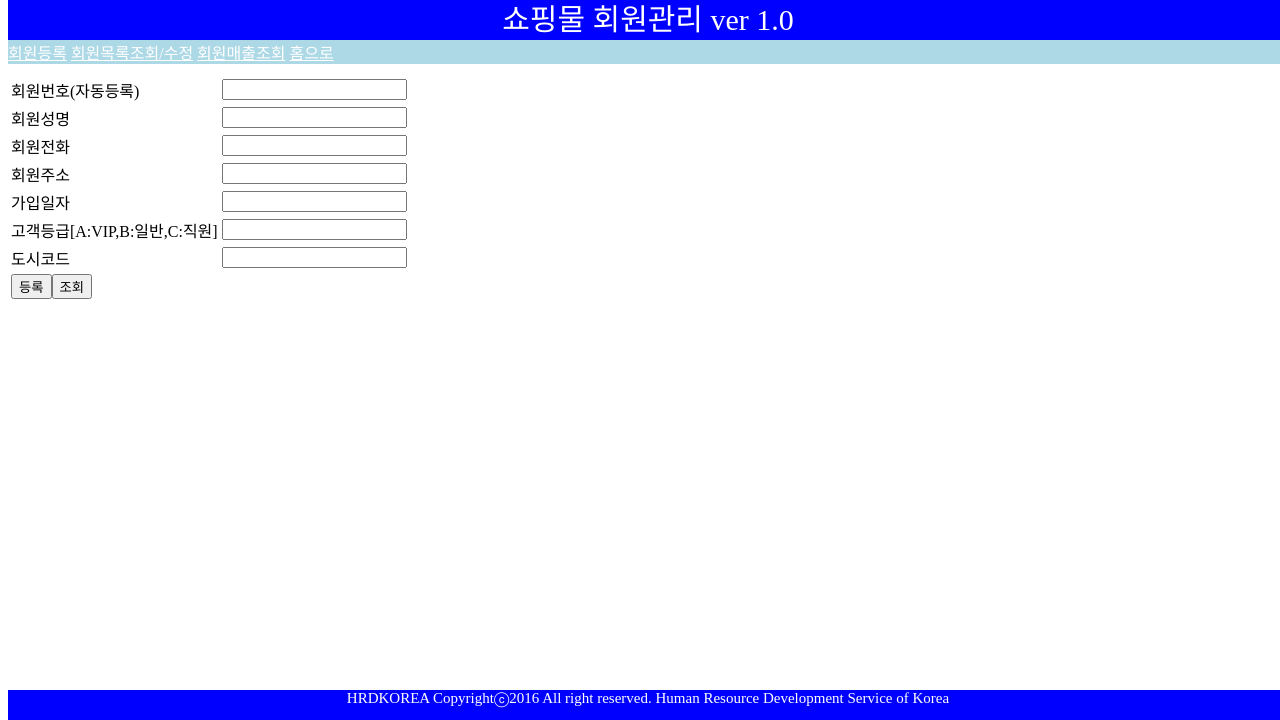
Repository: akns27/wjdcjtksrl
Page: http://localhost/HRD_2202/join.jsp
The author's editor kept a copy of each file at every save. The page is drawn from the files as they stood at one save, then again after the next save.
The browser window is 1280 px wide. The pictures show the whole page.
The page is served by Tomcat 9. Other server files are loaded and not shown.

Above is the page before, as saved 2024-03-18 07:35:34.

### HRD_2202/src/main/webapp/join.jsp
<%@ page language="java" contentType="text/html; charset=UTF-8"
    pageEncoding="UTF-8"%>
<!DOCTYPE html>
<html>
<head>
<meta charset="UTF-8">
<title>join</title>
<link href="style.css" rel="stylesheet">
<script type="text/javascript" src="check.js"></script>
</head>
<body>
<jsp:include page="header.jsp"/>

<h2><b>홈쇼핑 회원 등록</b></h2>
<table>

<tr><td>회원번호(자동등록)</td><td><input type="text" name="custno"></td></tr>
<tr><td>회원성명</td><td><input type="text" name="custname"></td></tr>
<tr><td>회원전화</td><td><input type="text" name="phone"></td></tr>
<tr><td>회원주소</td><td><input type="text" name="address"></td></tr>
<tr><td>가입일자</td><td><input type="text" name="joindate"></td></tr>
<tr><td>고객등급[A:VIP,B:일반,C:직원]</td><td><input type="text" name="grade"></td></tr>
<tr><td>도시코드</td><td><input type="text" name="city"></td></tr>
<tr><td colspan="2"><input type="submit" value="등록" onclick="return joinCheck()"><input type="submit" value="조회" onclick="return search()"></td><td></td></tr>

</table>
<jsp:include page="footer.jsp"/>
</body>
</html>

### HRD_2202/src/main/webapp/header.jsp
<%@ page language="java" contentType="text/html; charset=UTF-8"
    pageEncoding="UTF-8"%>
<!DOCTYPE html>
<html>
<head>
<meta charset="UTF-8">
<title>header</title>
<link href="style.css" rel="stylesheet">
</head>
<body>
<header> 쇼핑물 회원관리 ver 1.0 </header>
<nav>
	<a href="join.jsp">회원등록</a>
	<a href="list.jsp">회원목록조회/수정</a>
	<a href="salary.jsp">회원매출조회</a>
	<a href="index.jsp">홈으로</a>
</nav>
</body>
</html>

### HRD_2202/src/main/webapp/footer.jsp
<%@ page language="java" contentType="text/html; charset=UTF-8"
    pageEncoding="UTF-8"%>
<!DOCTYPE html>
<html>
<head>
<meta charset="UTF-8">
<title>footer</title>
</head>
<body>
<footer>
HRDKOREA Copyrightⓒ2016 All right reserved. Human Resource Development Service of Korea
</footer>
</body>
</html>

### HRD_2202/src/main/webapp/style.css
@charset "UTF-8";

header {
	position: fixed;
	top: 0;
	width: 100vi;
	height: 40px;
	background-color: blue;
	color: white;
	text-align: center;
	line-height: 40px;
	font-size: 30px;
}

footer {
	color: white;
	position: fixed;
	width: 100vi;
	bottom: 0;
	height: 30px;
	font-size: 15px;
	background-color: blue;
	text-align: center;
}

nav {
	position: fixed;
	top:40px;
	width: 100vi;
	height: 20;
	background-color: lightblue;
	color: white;
}

nav a {
	color: white;
}

section {
	position: fixed;
	top: 60px;
	width: 100%;
	height: 100%;
	background-color: lightgray;
}

### HRD_2202/src/main/webapp/check.js
function joinCheck() {
	if(document.frm.custname.value.length == 0){
		alert("회원 성명이 입력되지 않았습니다.")
		frm.custname.focus()
		return false
	}
	if(document.frm.phone.value.length == 0){
		alert("회원 전화번호가 입력되지 않았습니다.")
		frm.phone.focus()
		return false
	}
	if(document.frm.address.value.length == 0){
		alert("회원 주소가 입력되지 않았습니다.")
		frm.address.focus()
		return false
	}
	if(document.frm.joindate.value.length == 0){
		alert("회원 가입날자가 입력되지 않았습니다.")
		frm.joindate.focus()
		return false
	}
	if(document.frm.grade.value.length == 0){
		alert("회원 등급이 입력되지 않았습니다.")
		frm.grade.focus()
		return false
	}
	if(document.frm.city.value.length == 0){
		alert("회원 성명이 입력되지 않았습니다.")
		frm.city.focus()
		return false
	}
}

After the next save:
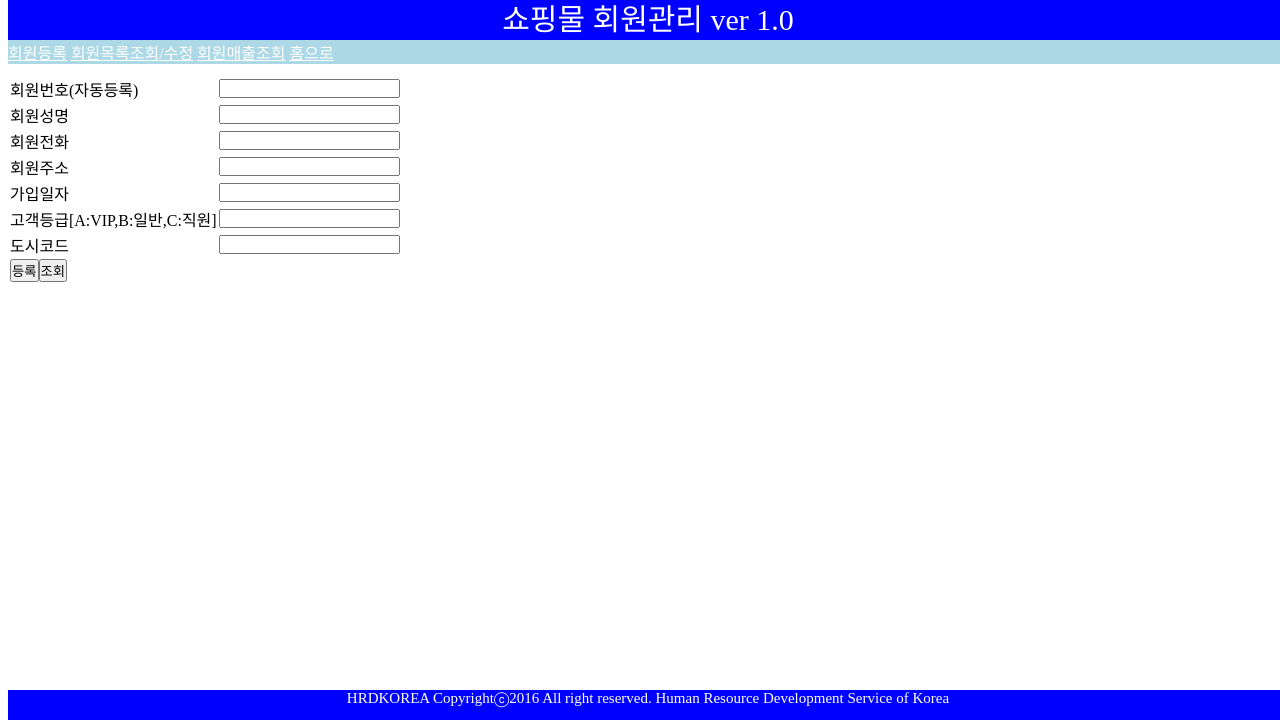
Saved 51 s later.
--- a/HRD_2202/src/main/webapp/style.css
+++ b/HRD_2202/src/main/webapp/style.css
@@ -1,4 +1,6 @@
 @charset "UTF-8";
+
+*{padding:0; }
 
 header {
 	position: fixed;
